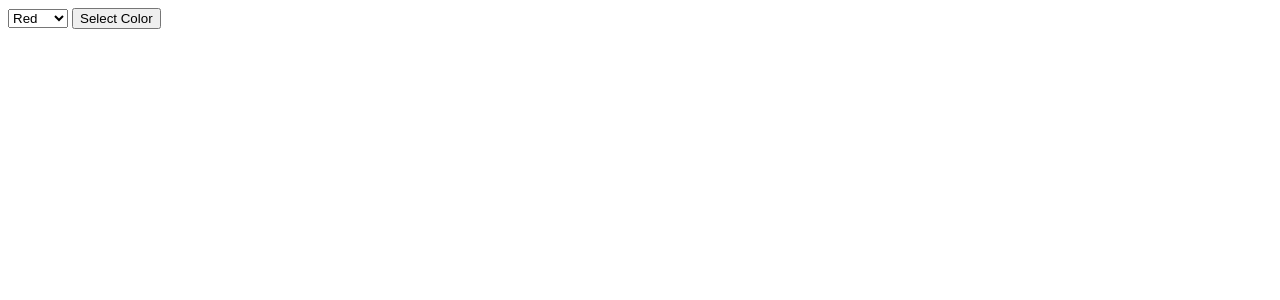
Repository: anithagnana123/Simplilearn_Phase2_project
Page: http://localhost/jsp-demos/Author.jsp
These files come from the project's save history. The page is drawn as it stood at one moment and after the next save; the edit follows.
The browser window is 1280 px wide. The pictures show the whole page.
The page is served by Tomcat 9. Other server files are loaded and not shown.

Above is the page before, as saved 2022-10-23 04:17:37.

### jsp-demos/src/main/webapp/Author.jsp
 <%-- if you want to select value from drop-downlist here is jsp code. --%>
    <body>
    <form name="f1" method="get" action="#">
       <select name="clr">
           <option>Red</option>
           <option>Blue</option>
           <option>Green</option>
           <option>Pink</option>
       </select>
     <input type="submit" name="submit" value="Select Color"/>
    </form>
    <%-- To display selected value from dropdown list. --%>
     <%
                String s=request.getParameter("clr");
                if (s !=null)
                {
                    out.println("Selected Color is : "+s);
                }
      %>
</body>

After the next save:
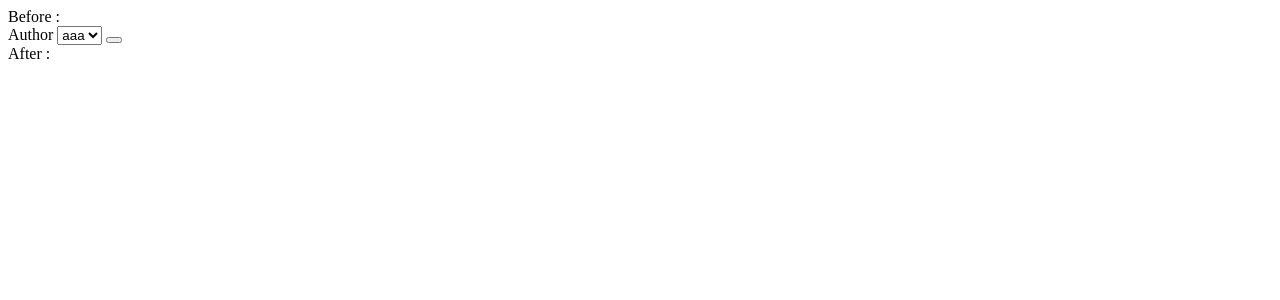
Saved 44 s later.
--- a/jsp-demos/src/main/webapp/Author.jsp
+++ b/jsp-demos/src/main/webapp/Author.jsp
@@ -1,20 +1,24 @@
- <%-- if you want to select value from drop-downlist here is jsp code. --%>
-    <body>
-    <form name="f1" method="get" action="#">
-       <select name="clr">
-           <option>Red</option>
-           <option>Blue</option>
-           <option>Green</option>
-           <option>Pink</option>
-       </select>
-     <input type="submit" name="submit" value="Select Color"/>
+<!DOCTYPE html>
+<html lang="en">
+<%@taglib prefix="c" uri="http://java.sun.com/jsp/jstl/core" %>
+<%@taglib prefix="fn" uri="http://java.sun.com/jsp/jstl/functions" %>
+<head>
+   <title>Test</title>
+</head>
+<body>
+    <c:set var="authors" value="aaa,bbb,ccc,ddd,eee,fff,ggg" scope="application" />
+    <c:out value="Before : ${param.Author}"/>
+    <form action="TestSelect.action">
+        <label>Author
+            <select id="Author" name="Author">
+                <c:forEach items="${fn:split(authors, ',')}" var="author">
+                    <option value="${author}" ${author == param.Author ? 'selected' : ''}>${author}</option>
+                </c:forEach>
+            </select>
+        </label>
+        <button type="submit" value="submit" name="Submit"></button>
+        <Br>
+        <c:out value="After :   ${param.Author}"/>
     </form>
-    <%-- To display selected value from dropdown list. --%>
-     <%
-                String s=request.getParameter("clr");
-                if (s !=null)
-                {
-                    out.println("Selected Color is : "+s);
-                }
-      %>
 </body>
+</html>

After the save that followed:
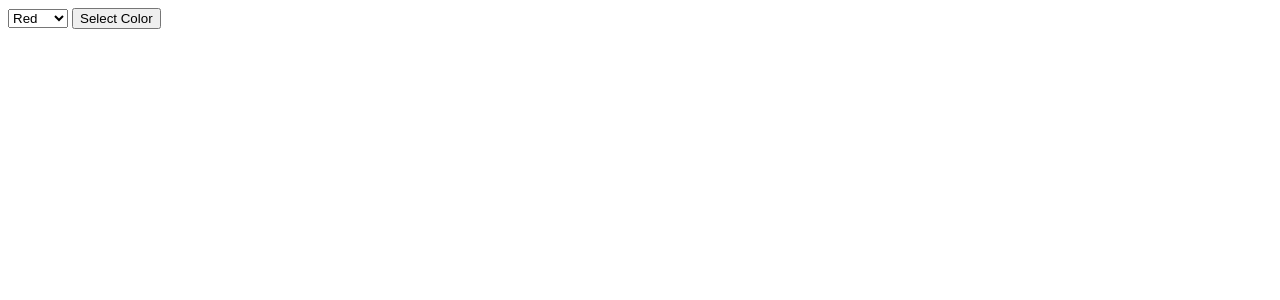
Saved 13 s later.
--- a/jsp-demos/src/main/webapp/Author.jsp
+++ b/jsp-demos/src/main/webapp/Author.jsp
@@ -6,19 +6,21 @@
    <title>Test</title>
 </head>
 <body>
-    <c:set var="authors" value="aaa,bbb,ccc,ddd,eee,fff,ggg" scope="application" />
-    <c:out value="Before : ${param.Author}"/>
-    <form action="TestSelect.action">
-        <label>Author
-            <select id="Author" name="Author">
-                <c:forEach items="${fn:split(authors, ',')}" var="author">
-                    <option value="${author}" ${author == param.Author ? 'selected' : ''}>${author}</option>
-                </c:forEach>
-            </select>
-        </label>
-        <button type="submit" value="submit" name="Submit"></button>
-        <Br>
-        <c:out value="After :   ${param.Author}"/>
+    <form name="f1" method="get" action="#">
+       <select name="clr">
+           <option>Red</option>
+           <option>Blue</option>
+           <option>Green</option>
+           <option>Pink</option>
+       </select>
+     <input type="submit" name="submit" value="Select Color"/>
     </form>
+    <%-- To display selected value from dropdown list. --%>
+     <%
+                String s=request.getParameter("clr");
+                if (s !=null)
+                {
+                    out.println("Selected Color is : "+s);
+                }
+      %>
 </body>
-</html>
